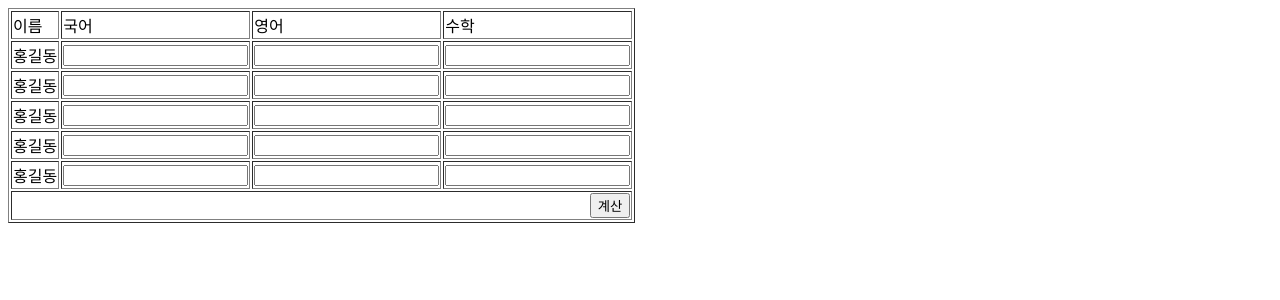
Repository: pshho/newJspProject
Page: http://localhost/JspProj/calc/student.jsp
These files come from the project's save history. The page is drawn as it stood at one moment and after the next save; the edit follows.
The browser window is 1280 px wide. The pictures show the whole page.
The page is served by Tomcat 9. Other server files are loaded and not shown.

Above is the page before, as saved 2023-07-27 08:11:21.

### JspProj/src/main/webapp/calc/student.jsp
<%@ page language="java" contentType="text/html; charset=UTF-8"
    pageEncoding="UTF-8"%>
<%@ taglib uri="http://java.sun.com/jsp/jstl/core" prefix="c" %>
<!DOCTYPE html>
<html>
<head>
<meta charset="UTF-8">
<title>학생 점수 계산</title>
</head>
<body>
	<form action="./studentProcess.jsp" name="qwer">
		<table border="">
			<thead>
				<tr>
					<td>이름</td><td>국어</td><td>영어</td><td>수학</td>
				</tr>
			</thead>
			<tbody>
				<% for (int i=0; i<5; i++) { %>
				<tr>
					<td>홍길동</td>
					<td><input type="text" name="kor" /></td>
					<td><input type="text" name="eng" /></td>
					<td><input type="text" name="math" /></td>
				</tr>
				<% } %>
				<tr>
				<td colspan="4" align="right">
					<input type="submit" value="계산" />
				</td>
			</tr>
			</tbody>
		</table>
	</form>
</body>
</html>

After the next save:
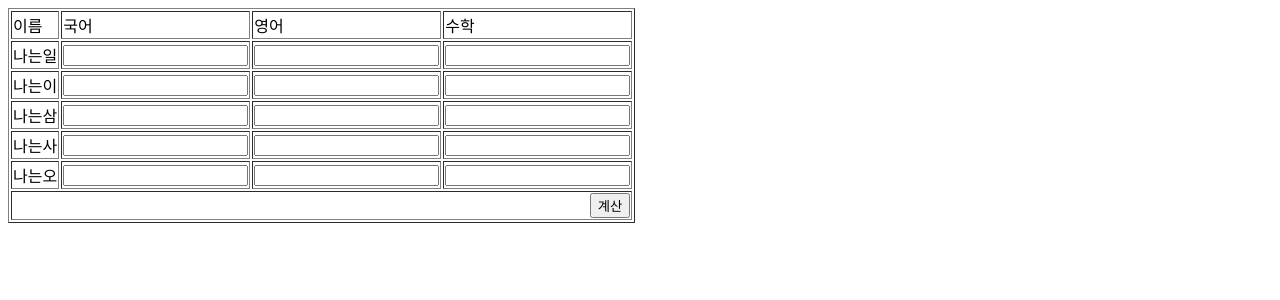
Saved 2 min 5 s later.
--- a/JspProj/src/main/webapp/calc/student.jsp
+++ b/JspProj/src/main/webapp/calc/student.jsp
@@ -16,9 +16,12 @@
 				</tr>
 			</thead>
 			<tbody>
-				<% for (int i=0; i<5; i++) { %>
+				<%
+					String[] std = {"나는일", "나는이", "나는삼", "나는사", "나는오"};
+					for (int i=0; i<5; i++) {
+				%>
 				<tr>
-					<td>홍길동</td>
+					<td><%= std[i] %></td>
 					<td><input type="text" name="kor" /></td>
 					<td><input type="text" name="eng" /></td>
 					<td><input type="text" name="math" /></td>
